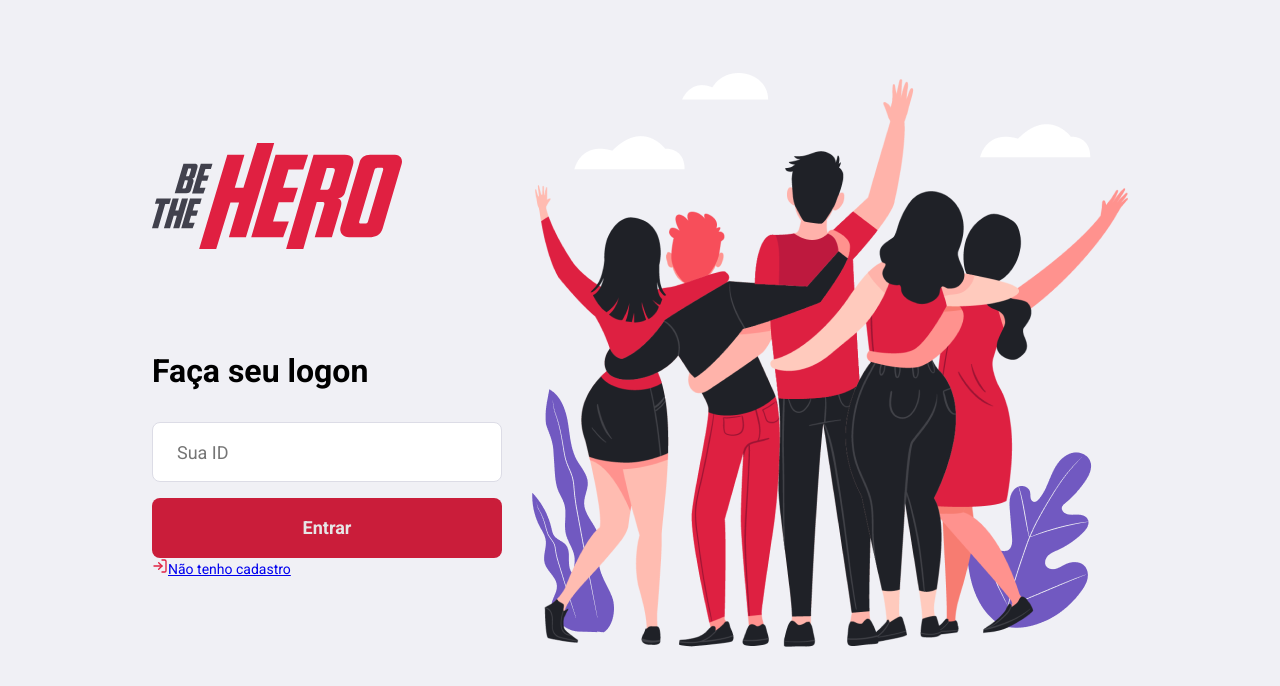
Repository: lucas-silva-dev/be-the-hero
Page: /profile (app in frontend/)
The author's editor kept a copy of each file at every save. The page is drawn from the files as they stood at one save, then again after the next save.
The browser window is 1280 px wide. The pictures show the whole page.
The pointer rests on the first visible `.button`.
The project was rebuilt for these pictures with package versions that can differ from the ones it lists, and the page was loaded fresh each time.

Above is the page before, as saved 2020-03-25 22:17:31.

### frontend/public/index.html
<!DOCTYPE html>
<html lang="en">

<head>
  <meta charset="utf-8" />
  <!-- <link rel="icon" href="%PUBLIC_URL%/favicon.ico" /> -->
  <meta name="viewport" content="width=device-width, initial-scale=1" />
  <meta name="theme-color" content="#000000" />

  <title>Be The Hero</title>
</head>

<body>
  <noscript>You need to enable JavaScript to run this app.</noscript>
  <div id="root"></div>

</body>

</html>

### frontend/src/App.js
import React from 'react';

import './global.css'

import Logon from './pages/Logon'

function App() {
  return (
    <Logon />
  );
}

export default App;

### frontend/src/global.css
@import url("https://fonts.googleapis.com/css?family=Roboto:400,500,700&display=swap");

* {
  margin: 0;
  padding: 0;
  outline: 0;
  box-sizing: border-box;
}

body {
  font: 400 14px Roboto, sans-serif;
  background: #f0f0f5;
  -webkit-font-smothing: antialiased;
}

input,
button,
textarea {
  font: 400 18px Roboto, sans-serif;
}

button {
  cursor: pointer;
}

form input {
  width: 100%;
  height: 60px;
  color: #333;
  border: 1px solid #dcdce6;
  border-radius: 8px;
  padding: 0 24px;
}

.button {
  width: 100%;
  height: 60px;
  background: #e02041;
  border: 0;
  border-radius: 8px;
  color: #fff;
  font-weight: 700;
  margin-top: 16px;
  display: inline-block;
  text-align: center;
  text-decoration: none;
  font-size: 18px;
  line-height: 60px;
  transition: filter 0.2s;
}

.button:hover {
  filter: brightness(90%);
}

### frontend/src/pages/Logon/index.js
import React from 'react';
import { FiLogIn } from 'react-icons/fi';

import './styles.css'

import logoImg from '../../assets/logo.svg'
import heroesImg from '../../assets/heroes.png'

export default function Logon() {
  return (
    <div className="logon-container">
      <section className="form">
        <img src={logoImg} alt="Be The Hero Logo" />

        <form action="">
          <h1>Faça seu logon</h1>

          <input placeholder="Sua ID" />
          <button className="button" type="submit">Entrar</button>

          <a href="/register">
            <FiLogIn size={16} color="#E02041" />
            Não tenho cadastro
          </a>
        </form>
      </section>

      <img src={heroesImg} alt="Heroes" />
    </div>
  );
}

### frontend/src/pages/Logon/styles.css
.logon-container {
  width: 100%;
  max-width: 1120px;
  height: 100vh;
  margin: 0 auto;

  display: flex;
  align-items: center;
  justify-content: center;
}

.logon-container section.form {
  width: 100%;
  max-width: 350px;
  margin-right: 30px;
}

.logon-container section.form form {
  margin-top: 100px;
}

.logon-container section.form form h1 {
  font-size: 32px;
  margin-bottom: 32px;
}

Loaded but not shown: frontend/src/index.js (common file)

After the next save:
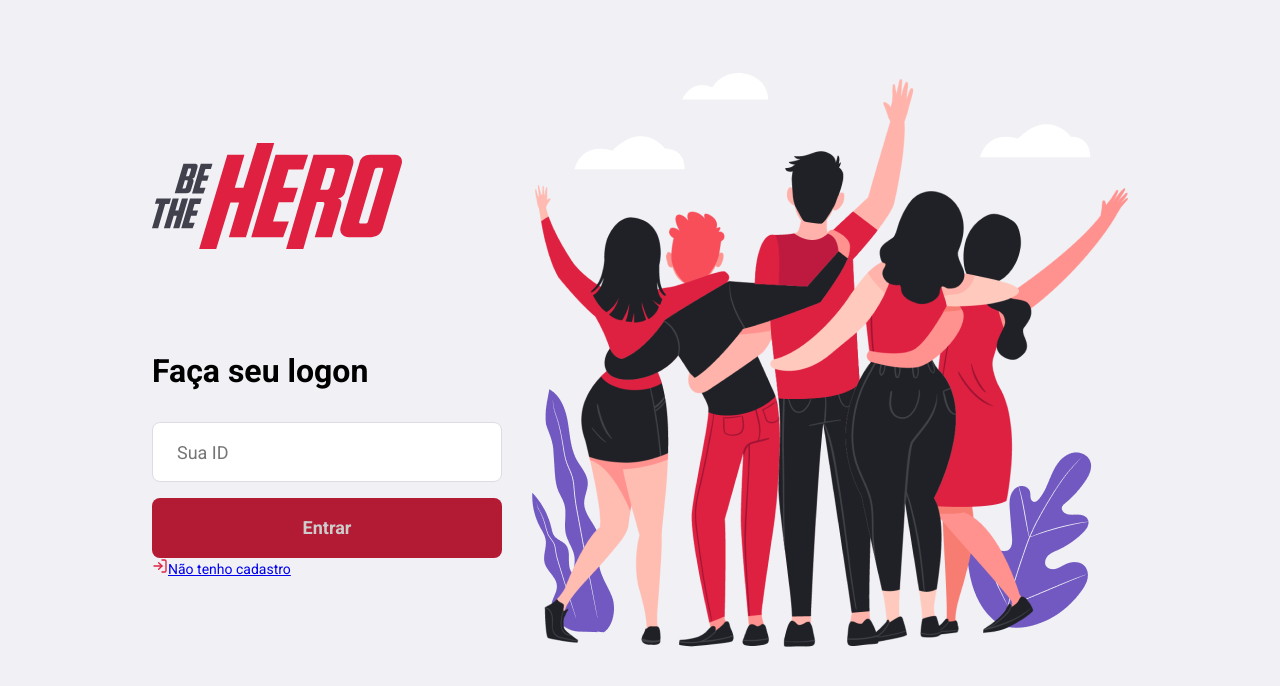
Saved 17 s later.
--- a/frontend/src/global.css
+++ b/frontend/src/global.css
@@ -50,5 +50,5 @@
 }
 
 .button:hover {
-  filter: brightness(90%);
+  filter: brightness(80%);
 }
